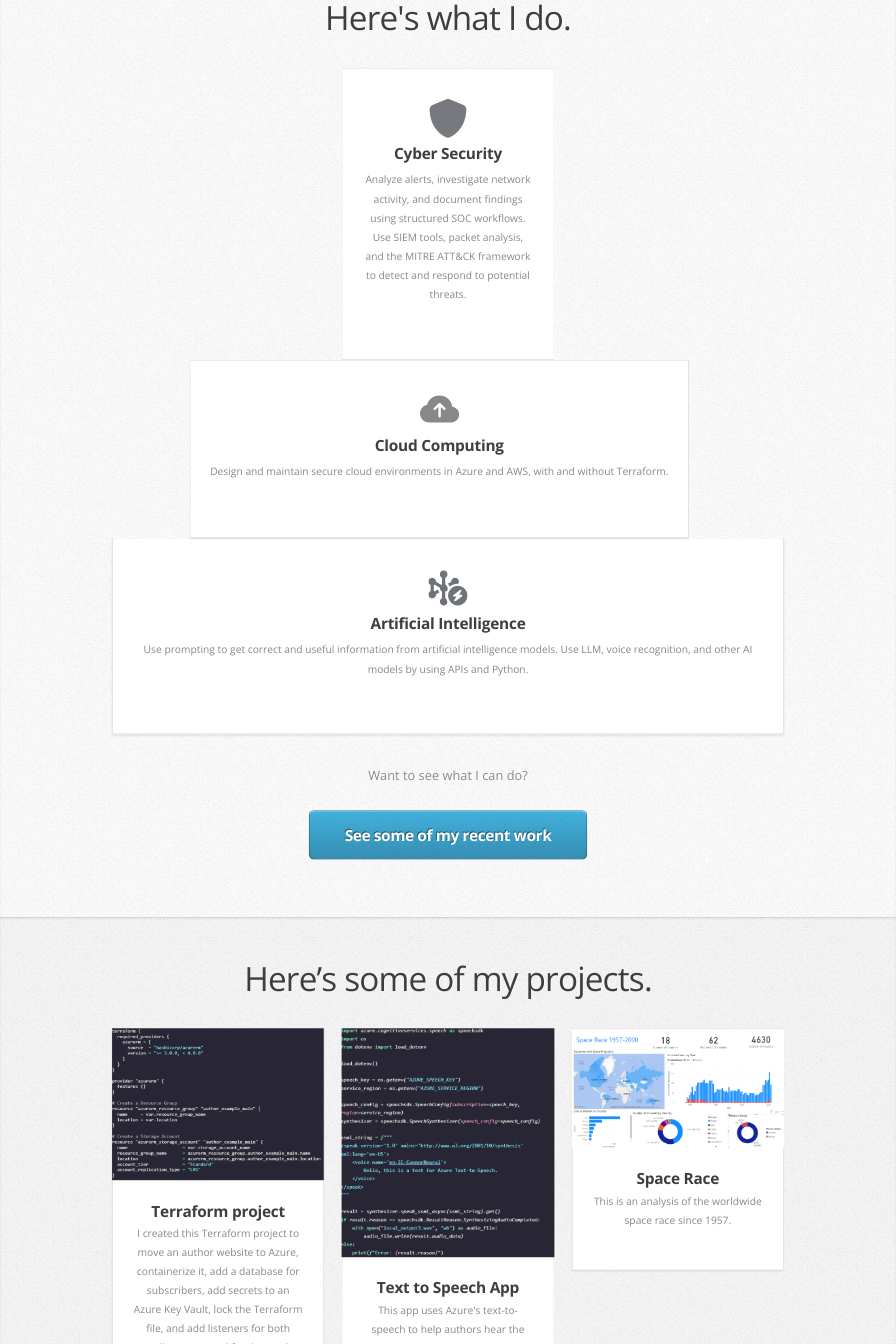
Repository: lauralstephenson/Portfolio_Personal
Page: index.html
An editor plug-in stored every save of this project. The page is shown before and after a run of saves, followed by the edit.
The browser window is 1280 px wide. The pictures show the part of the page from y = 700 to 2620 px (the page is 4592 px tall before and 4610 px after), at 70% of full size.

Above is the page before, as saved 2026-04-21 14:24:40.

### index.html
<!DOCTYPE HTML>
<!--
	Miniport by HTML5 UP
	html5up.net | @ajlkn
	Free for personal and commercial use under the CCA 3.0 license (html5up.net/license)
-->

<html lang="en">
	<head>
		<title>Laura Stephenson Cloud Portfolio Webpage</title>
		<meta charset="utf-8">
		<meta name="viewport" content="width=device-width, initial-scale=1">
		<!-- Font Awesome -->
		<link rel="stylesheet" href="https://cdnjs.cloudflare.com/ajax/libs/font-awesome/5.15.4/css/all.min.css">
		<link rel="stylesheet" href="assets/css/main.css">
	</head>
	<body class="is-preload">

		<!-- Nav -->
			<nav id="nav">
				<ul class="container">
					<li><a href="#top">Top</a></li>
					<li><a href="#work">Work</a></li>
					<li><a href="#portfolio">Portfolio</a></li>
					<li><a href="#contact">Contact</a></li>
				</ul>
			</nav>

		<!-- Home -->
			<article id="top" class="wrapper style1">
				<div class="container">
					<div class="row">
						<div class="col-4 col-5-large col-12-medium">
							<span class="image fit"><img src="images/round_cloud_computing.png" alt="" /></span>
						</div>
						<div class="col-8 col-7-large col-12-medium">
							<header>
								<h1>Hi. I'm <strong>Laura Stephenson.</strong></h1>
							</header>
							<p><strong>I'm a cloud and cyber security practitioner, Python coder,
								and machine learning and data scientist.</strong></a></p>
							<a href="#work" class="button large scrolly">Learn about what I do</a>
						</div>
					</div>
				</div>
			</article>

		<!-- Work -->
			<article id="work" class="wrapper style2">
				<div class="container">
					<header>
						<h1>Here's what I do.</h1>
					</header>
					<div class="row aln-center equal-height">
						<div class="col-4 col-6-medium col-12-small">
							<section class="box style1">
								<div class="box-content">
									<svg xmlns="http://www.w3.org/2000/svg" height="56" width="56" viewBox="0 0 512 512">
										<!--!Font Awesome Free 6.7.2 by @fontawesome - https://fontawesome.com License - https://fontawesome.com/license/free Copyright 2025 Fonticons, Inc.-->
										<path fill="#77797e" d="M256 0c4.6 0 9.2 1 13.4 2.9L457.7 82.8c22 9.3 38.4 31 38.3 57.2c-.5 99.2-41.3 280.7-213.6 363.2c-16.7 8-36.1 8-52.8 0C57.3 420.7 16.5 239.2 16 140c-.1-26.2 16.3-47.9 38.3-57.2L242.7 2.9C246.8 1 251.4 0 256 0z"/>
									</svg>
									<h3>Cyber Security</h3>
									<p>Analyze alerts, investigate network activity, and document findings using structured SOC workflows. Use SIEM tools, packet analysis, and the MITRE ATT&CK framework to detect and respond to potential threats.</p>
								</div>
							</section>
						</div>
							<section class="box style1">
								<div class="box-content">
									<svg xmlns="http://www.w3.org/2000/svg"
									width="56" height="56"
									fill="currentColor"
									class="bi bi-cloud-arrow-up-fill"
									viewBox="0 0 16 16">
										<path d="M8 2a5.53 5.53 0 0 0-3.594 1.342c-.766.66-1.321 1.52-1.464 2.383C1.266 6.095 0 7.555 0 9.318 0 11.366 1.708 13 3.781 13h8.906C14.502 13 16 11.57 16 9.773c0-1.636-1.242-2.969-2.834-3.194C12.923 3.999 10.69 2 8 2m2.354 5.146a.5.5 0 0 1-.708.708L8.5 6.707V10.5a.5.5 0 0 1-1 0V6.707L6.354 7.854a.5.5 0 1 1-.708-.708l2-2a.5.5 0 0 1 .708 0z"/>
									</svg>
									<h3>Cloud Computing</h3>
									<p>Design and maintain secure cloud environments in Azure and AWS, with and without Terraform.</p>
								</div>
							</section>
						</div>
						<div class="col-4 col-6-medium col-12-small">
							<section class="box style1">
								<div class="box-content">
									<svg xmlns="http://www.w3.org/2000/svg" height="56" width="56" viewBox="0 0 576 512">
										<!--!Font Awesome Free 6.7.2 by @fontawesome - https://fontawesome.com License - https://fontawesome.com/license/free Copyright 2025 Fonticons, Inc.-->
										<path fill="#6f7276" d="M248 106.6c18.9-9 32-28.3 32-50.6c0-30.9-25.1-56-56-56s-56 25.1-56 56c0 22.3 13.1 41.6 32 50.6l0 98.8c-2.8 1.3-5.5 2.9-8 4.7l-80.1-45.8c1.6-20.8-8.6-41.6-27.9-52.8C57.2 96 23 105.2 7.5 132S1.2 193 28 208.5c1.3 .8 2.6 1.5 4 2.1l0 90.8c-1.3 .6-2.7 1.3-4 2.1C1.2 319-8 353.2 7.5 380S57.2 416 84 400.5c19.3-11.1 29.4-32 27.8-52.8l50.5-28.9c-11.5-11.2-19.9-25.6-23.8-41.7L88 306.1c-2.6-1.8-5.2-3.3-8-4.7l0-90.8c2.8-1.3 5.5-2.9 8-4.7l80.1 45.8c-.1 1.4-.2 2.8-.2 4.3c0 22.3 13.1 41.6 32 50.6l0 98.8c-18.9 9-32 28.3-32 50.6c0 30.9 25.1 56 56 56c30.7 0 55.6-24.7 56-55.2c-7.5-12.9-13.5-26.8-17.6-41.5c-4.2-4-9.1-7.3-14.4-9.9l0-98.8c2.8-1.3 5.5-2.9 8-4.7l10.5 6c5.5-15.3 13.1-29.5 22.4-42.5l-9.1-5.2c.1-1.4 .2-2.8 .2-4.3c0-22.3-13.1-41.6-32-50.6l0-98.8zM440.5 132C425 105.2 390.8 96 364 111.5c-19.3 11.1-29.4 32-27.8 52.8l-50.6 28.9c11.5 11.2 19.9 25.6 23.8 41.7L360 205.9c.4 .3 .8 .6 1.3 .9c21.7-9.5 45.6-14.8 70.8-14.8c2 0 4 0 5.9 .1c12.1-17.3 13.8-40.6 2.6-60.1zM432 512a144 144 0 1 0 0-288 144 144 0 1 0 0 288zm47.9-225c4.3 3.7 5.4 9.9 2.6 14.9L452.4 356l35.6 0c5.2 0 9.8 3.3 11.4 8.2s-.1 10.3-4.2 13.4l-96 72c-4.5 3.4-10.8 3.2-15.1-.6s-5.4-9.9-2.6-14.9L411.6 380 376 380c-5.2 0-9.8-3.3-11.4-8.2s.1-10.3 4.2-13.4l96-72c4.5-3.4 10.8-3.2 15.1 .6z"/>
									</svg>
									<h3>Artificial Intelligence</h3>
									<p>Use prompting to get correct and useful information from artificial intelligence models. Use LLM, voice recognition, and other AI models by using APIs and Python.</p>
								</div>
							</section>
						</div>
					</div>
					<footer>
						<p>Want to see what I can do?</p>
						<a href="#portfolio" class="button large scrolly">See some of my recent work</a>
					</footer>
				</div>
			</article>

		<!-- Portfolio -->
			<article id="portfolio" class="wrapper style3">
				<div class="container">
					<header>
						<h1>Here’s some of my projects.</h1>
					</header>
					<div class="row aln-center equal-height">
						<div class="col-4 col-6-medium col-12-small">
							<article class="box style2">
								<div class="box-content">
									<a href="https://github.com/lauralstephenson/pseudocode_terraform_examples_for_website" class="image featured"><img src="images\terraform_portfolio_pic.png" alt="" /></a>
									<h3><a href="https://github.com/lauralstephenson/pseudocode_terraform_examples_for_website">Terraform project</a></h3>
									<p>I created this Terraform project to move an author website to Azure,
										containerize it, add a database for subscribers, add secrets to an
										Azure Key Vault, lock the Terraform file, and add listeners for both
										email opt-outs and for the reader magnet.
									</p>
								</div>
							</article>
						</div>
						<div class="col-4 col-6-medium col-12-small">
							<article class="box style2">
								<div class="box-content">
									<a href="https://github.com/lauralstephenson/cloud_py_portfolio/tree/main/Text_to_Speech" class="image featured"><img src="images\screenshot_text_to_speech_app.png" alt="" /></a>
									<h3><a href="https://github.com/lauralstephenson/cloud_py_portfolio/tree/main/Text_to_Speech">Text to Speech App</a></h3>
									<p>This app uses Azure's text-to-speech to help authors
										hear the voices of their characters and to catch errors
										by listening to their work.
									</p>
								</div>
							</article>
						</div>
						<div class="col-4 col-6-medium col-12-small">
							<article class="box style2">
								<div class="box-content">
									<a href="https://github.com/lauralstephenson/cloud_py_portfolio/tree/main/Space_Race" class="image featured"><img src="images/space_race.png" alt="" /></a>
									<h3><a href="https://github.com/lauralstephenson/cloud_py_portfolio/tree/main/Space_Race">Space Race</a></h3>
									<p>This is an analysis of the worldwide space race since 1957.</p>
								</div>
							</article>
						</div>
						<div class="col-4 col-6-medium col-12-small">
							<article class="box style2">
								<div class="box-content">
									<a href="https://github.com/lauralstephenson/cloud_py_portfolio/tree/main/Dog_Breed" class="image featured"><img src="images/dog_breed_identification_project.png" alt="" /></a>
									<h3><a href="https://github.com/lauralstephenson/cloud_py_portfolio/tree/main/Dog_Breed">Dog Breed Identification Project</a></h3>
									<p>This is a machine learning project to identify the breeds of dogs in photos.</p>
								</div>
							</article>
						</div>
						<div class="col-4 col-6-medium col-12-small">
							<article class="box style2">
								<div class="box-content">
									<a href="https://github.com/lauralstephenson/cloud_py_portfolio/tree/main/Bulldozer_Price_Regression" class="image featured"><img src="images/bulldozer_price_regression_project.png" alt="" /></a>
									<h3><a href="https://github.com/lauralstephenson/cloud_py_portfolio/tree/main/Bulldozer_Price_Regression">Bulldozer Price Regression Project</a></h3>
									<p>This is a price regression project to predict the price of bulldozers.</p>
								</div>
							</article>
						</div>
						<div class="col-4 col-6-medium col-12-small">
							<article class="box style2">
								<div class="box-content">
									<a href="https://medium.com/@lstephenson556/creating-a-text-to-speech-app-with-azure-a-writers-guide-46cbf42556f0" class="image featured"><img src="images\screenshot_medium_text_to_speech_article.png" alt="" /></a>
									<h3><a href="https://medium.com/@lstephenson556/creating-a-text-to-speech-app-with-azure-a-writers-guide-46cbf42556f0">Medium Article on the Text-to-Speech Project</a></h3>
									<p>This is the article I wrote and published on Medium for my Text-to-Speech app project.</p>
								</div>
							</article>
						</div>
						<div class="col-4 col-6-medium col-12-small">
							<article class="box style2">
								<div class="box-content">
									<a href="https://medium.com/@lstephenson556/moving-a-website-to-azure-using-terraform-an-authors-journey-1ab68dd8db76"
									class="image featured"><img src="images\screenshot_medium_terraform_azure_article.png" alt="" /></a>
									<h3><a href="https://medium.com/@lstephenson556/moving-a-website-to-azure-using-terraform-an-authors-journey-1ab68dd8db76">Medium Article on Moving a Website to Azure Using Terraform Project</a></h3>
									<p>This is the article I wrote and published on Medium for my Terraform Azure project to move a website to Azure.</p>
								</div>
							</article>
						</div>
						<div class="col-4 col-6-medium col-12-small">
							<article class="box style2">
								<div class="box-content">
									<a href="https://medium.com/@lstephenson556/cybersecurity-aspects-of-creating-an-author-website-with-terraform-12f4682b89b7"
									class="image featured"><img src="images/cybersecurity_plan_medium.png" alt="Segment of Medium article about a cybersecurity plan" /></a>
									<h3><a href="https://medium.com/@lstephenson556/cybersecurity-aspects-of-creating-an-author-website-with-terraform-12f4682b89b7">Medium Article on the Cybersecurity Aspects of the Azure Project</a></h3>
									<p>This is the article I wrote and published on Medium about the cybersecurity aspects for my Terraform Azure project to move a website to Azure.</p>
								</div>
							</article>
						</div>
						<div class="col-4 col-6-medium col-12-small">
							<article class="box style2">
								<div class="box-content">
									<a href="Cybersecurity Plan For A Small Author Business.pdf"
									class="image featured"><img src="images/cybersecurity_plan.png" alt="Snap of Cybersecurity Plan" /></a>
									<h3><a href="Cybersecurity Plan For A Small Author Business.pdf">Cybersecurity Plan for an Author's Small Business</a></h3>
									<p>This is a cybersecurity plan I developed and implemented for a small author website.</p>
								</div>
							</article>
						</div>
					</div>
					<footer>
						<p>Want to learn more?</p>
						<a href="mailto:laurastephensoncareer@gmail.com" class="button large scrolly">Get in touch with me</a>
					</footer>
				</div>
			</article>

		<!-- Contact
			<article id="contact" class="wrapper style4">
				<div class="container medium">
					<header>
						<h2>Let me build for you.</h2>
						<p>Contact me.</p>
					</header>
					<div class="row">
						<div class="col-12">
							<form method="post" action="https://<your-function-app-name>.azurewebsites.net/api/send-email">
								<div class="row">
									<div class="col-6 col-12-small">
										<input type="text" name="name" id="name" placeholder="Name" />
									</div>
									<div class="col-6 col-12-small">
										<input type="text" name="email" id="email" placeholder="Email" />
									</div>
									<div class="col-12">
										<input type="text" name="subject" id="subject" placeholder="Subject" />
									</div>
									<div class="col-12">
										<textarea name="message" id="message" placeholder="Message"></textarea>
									</div>
									<div class="col-12">
										<ul class="actions">
											<li><input type="submit" value="Send Message" /></li>
											<li><input type="reset" value="Clear Form" class="alt" /></li>
										</ul>
									</div>
								</div>
							</form>
						</div -->

						<div class="col-12 center-content footer-custom">
							<hr />
							<p class="find-me-on">Find me on...</p>
							<div class="footer-custom">
								<ul class="social">
									<li><a href="https://www.linkedin.com/in/laurastephenson82/">
										<i class="fab fa-linkedin"></i></a></li>
									<li><a href="https://github.com/lauralstephenson/">
										<i class="fab fa-github"></i></a></li>
									<li><a href="mailto:laurastephensoncareer@gmail.com">
										<i class="fas fa-envelope"></i></a></li>
								</ul>
							</div>
							<hr />
						</div>



						<footer>
							<div class="footer-custom">
								<ul id="copyright">
									<li>&copy; Laura Stephenson © 2024. All rights reserved.</li>
									<li>Design: <a href="http://html5up.net">HTML5 UP</a></li>
								</ul>
						</footer>

			<!--
								<li><a href="#" class="icon brands fa-twitter"><span class="label">Twitter</span></a></li>
								<li><a href="#" class="icon brands fa-tumblr"><span class="label">Tumblr</span></a></li>
								<li><a href="#" class="icon solid fa-rss"><span>RSS</span></a></li>
								<li><a href="#" class="icon brands fa-instagram"><span>Instagram</span></a></li>
								<li><a href="#" class="icon brands fa-foursquare"><span>Foursquare</span></a></li>
								<li><a href="#" class="icon brands fa-skype"><span>Skype</span></a></li>
								<li><a href="#" class="icon brands fa-soundcloud"><span>Soundcloud</span></a></li>
								<li><a href="#" class="icon brands fa-youtube"><span>YouTube</span></a></li>
								<li><a href="#" class="icon brands fa-blogger"><span>Blogger</span></a></li>
								<li><a href="#" class="icon brands fa-flickr"><span>Flickr</span></a></li>
								<li><a href="#" class="icon brands fa-vimeo"><span>Vimeo</span></a></li>
								-->

		<!-- Scripts -->
			<script src="assets/js/jquery.min.js"></script>
			<script src="assets/js/jquery.scrolly.min.js"></script>
			<script src="assets/js/browser.min.js"></script>
			<script src="assets/js/breakpoints.min.js"></script>
			<script src="assets/js/util.js"></script>
			<script src="assets/js/main.js"></script>

	</body>
</html>

Loaded but not shown: assets/js/jquery.min.js (library); assets/js/jquery.scrolly.min.js (common file); assets/js/browser.min.js (common file); assets/js/breakpoints.min.js (common file); assets/js/util.js (587 lines, source omitted); assets/js/main.js (34 lines, source omitted); assets/css/main.css (2549 lines, source omitted)

After the next 2 saves:
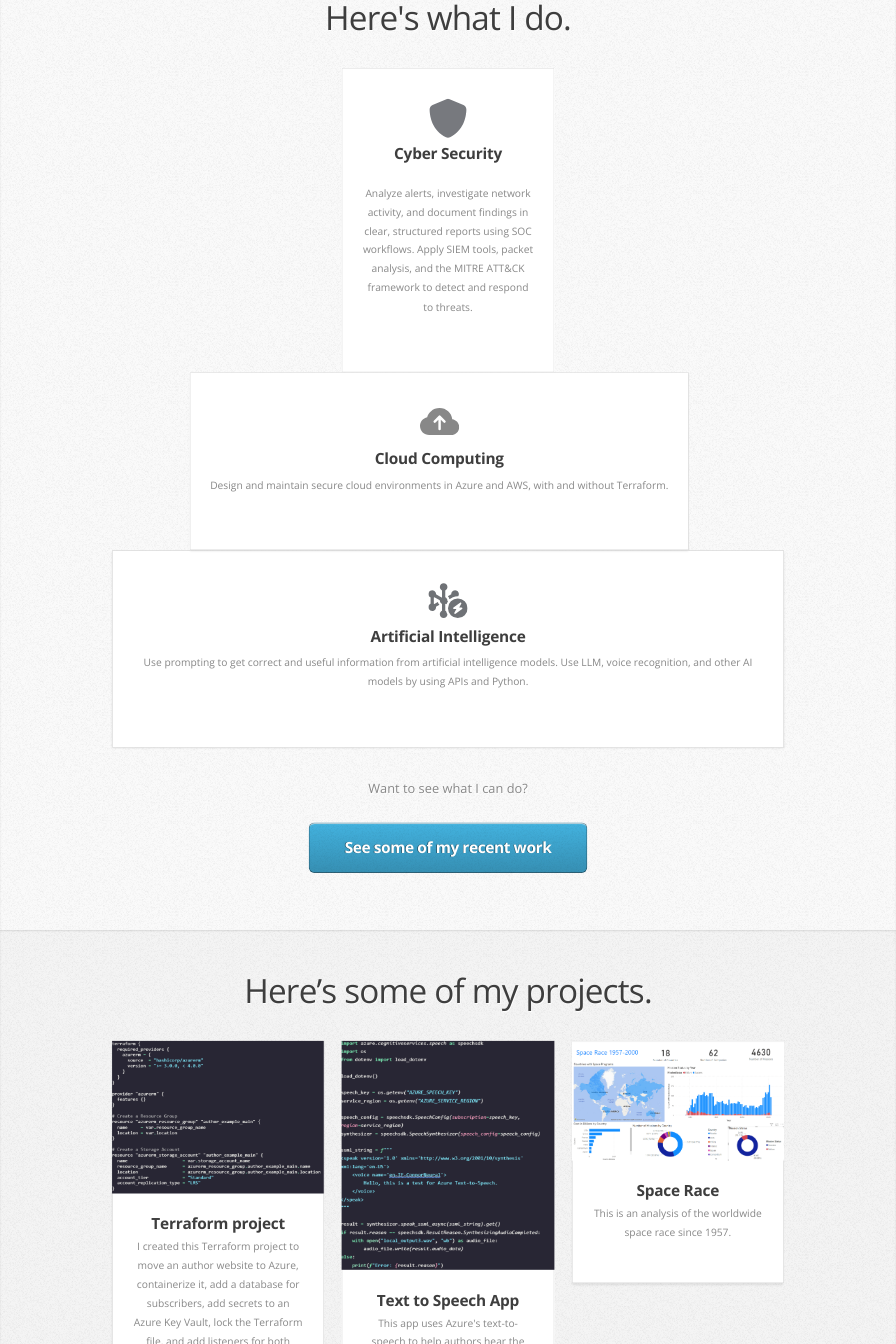
The 2 saves are shown as one change because they came seconds apart.
The last was saved 118 s later.
--- a/index.html
+++ b/index.html
@@ -60,7 +60,7 @@
 										<path fill="#77797e" d="M256 0c4.6 0 9.2 1 13.4 2.9L457.7 82.8c22 9.3 38.4 31 38.3 57.2c-.5 99.2-41.3 280.7-213.6 363.2c-16.7 8-36.1 8-52.8 0C57.3 420.7 16.5 239.2 16 140c-.1-26.2 16.3-47.9 38.3-57.2L242.7 2.9C246.8 1 251.4 0 256 0z"/>
 									</svg>
 									<h3>Cyber Security</h3>
-									<p>Analyze alerts, investigate network activity, and document findings using structured SOC workflows. Use SIEM tools, packet analysis, and the MITRE ATT&CK framework to detect and respond to potential threats.</p>
+									<p><p>Analyze alerts, investigate network activity, and document findings in clear, structured reports using SOC workflows. Apply SIEM tools, packet analysis, and the MITRE ATT&CK framework to detect and respond to threats.</p>
 								</div>
 							</section>
 						</div>

After the save that followed:
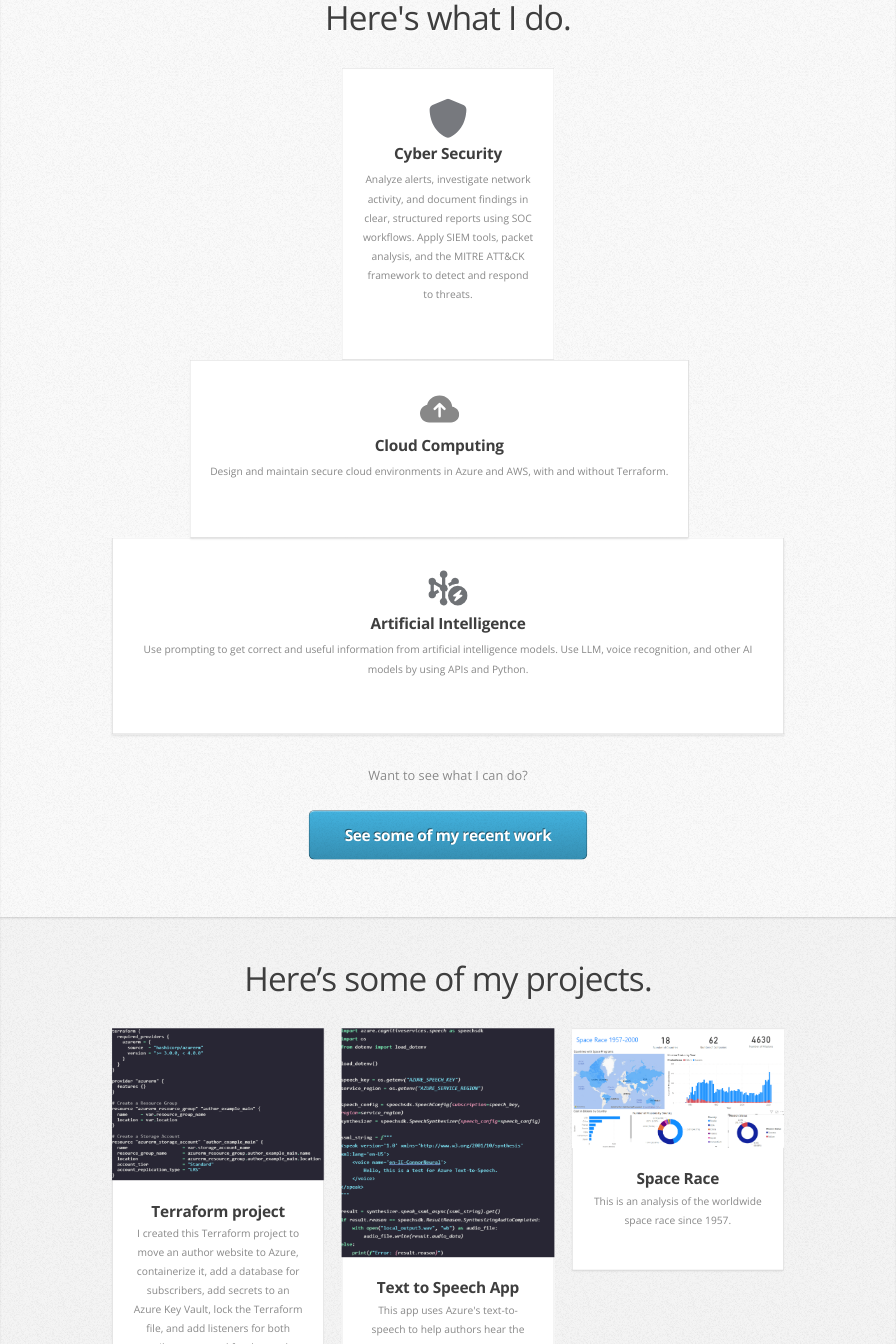
Saved 9 s later.
--- a/index.html
+++ b/index.html
@@ -60,7 +60,7 @@
 										<path fill="#77797e" d="M256 0c4.6 0 9.2 1 13.4 2.9L457.7 82.8c22 9.3 38.4 31 38.3 57.2c-.5 99.2-41.3 280.7-213.6 363.2c-16.7 8-36.1 8-52.8 0C57.3 420.7 16.5 239.2 16 140c-.1-26.2 16.3-47.9 38.3-57.2L242.7 2.9C246.8 1 251.4 0 256 0z"/>
 									</svg>
 									<h3>Cyber Security</h3>
-									<p><p>Analyze alerts, investigate network activity, and document findings in clear, structured reports using SOC workflows. Apply SIEM tools, packet analysis, and the MITRE ATT&CK framework to detect and respond to threats.</p>
+									<p>Analyze alerts, investigate network activity, and document findings in clear, structured reports using SOC workflows. Apply SIEM tools, packet analysis, and the MITRE ATT&CK framework to detect and respond to threats.</p>
 								</div>
 							</section>
 						</div>
